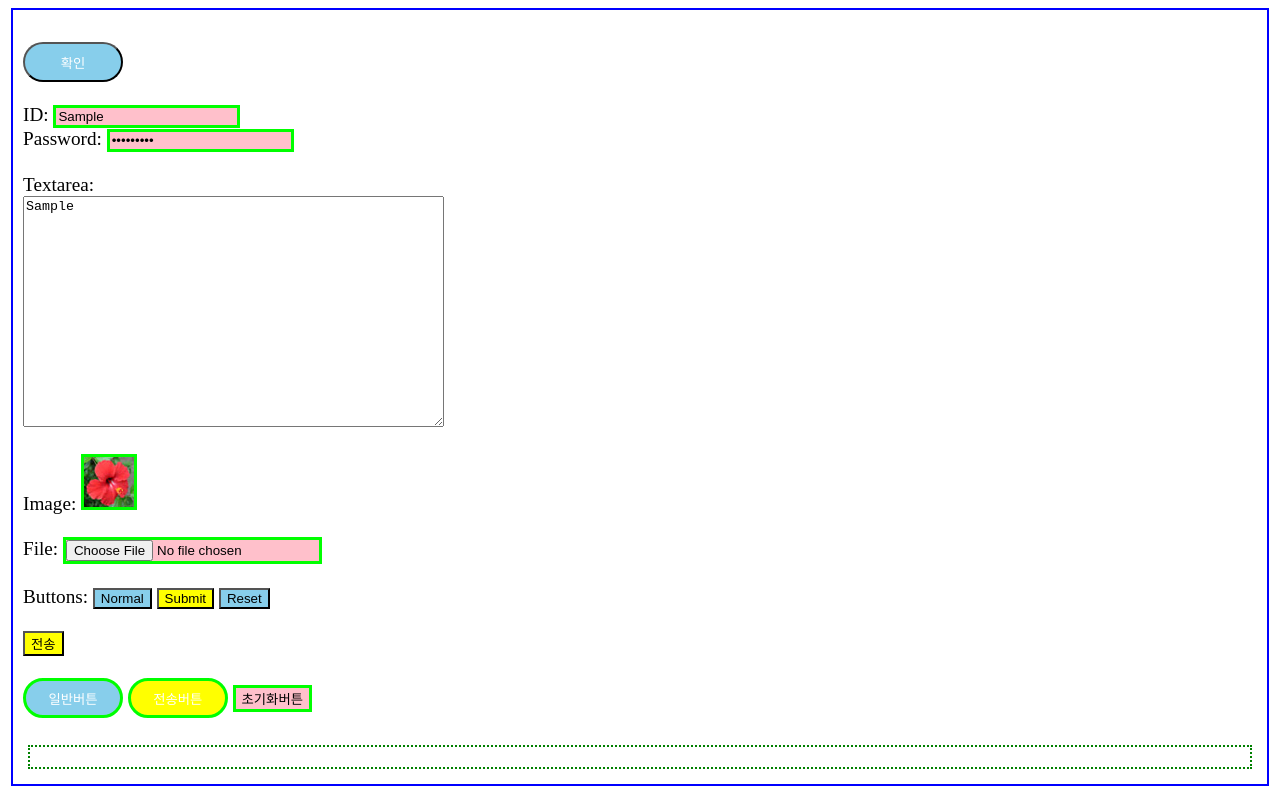
Repository: patternlobe-stack/MY_repository
Page: webpro/src/main/webapp/0915/폼양식.html
The author's editor kept a copy of each file at every save. The page is drawn from the files as they stood at one save, then again after the next save.
The browser window is 1280 px wide. The pictures show the whole page.
Empty fields were first filled with sample values (such as "Sample", 5 or name@example.com).
After loading, the first visible `input` was clicked once.

Above is the page before, as saved 2025-09-15 06:37:41.

After the next save:
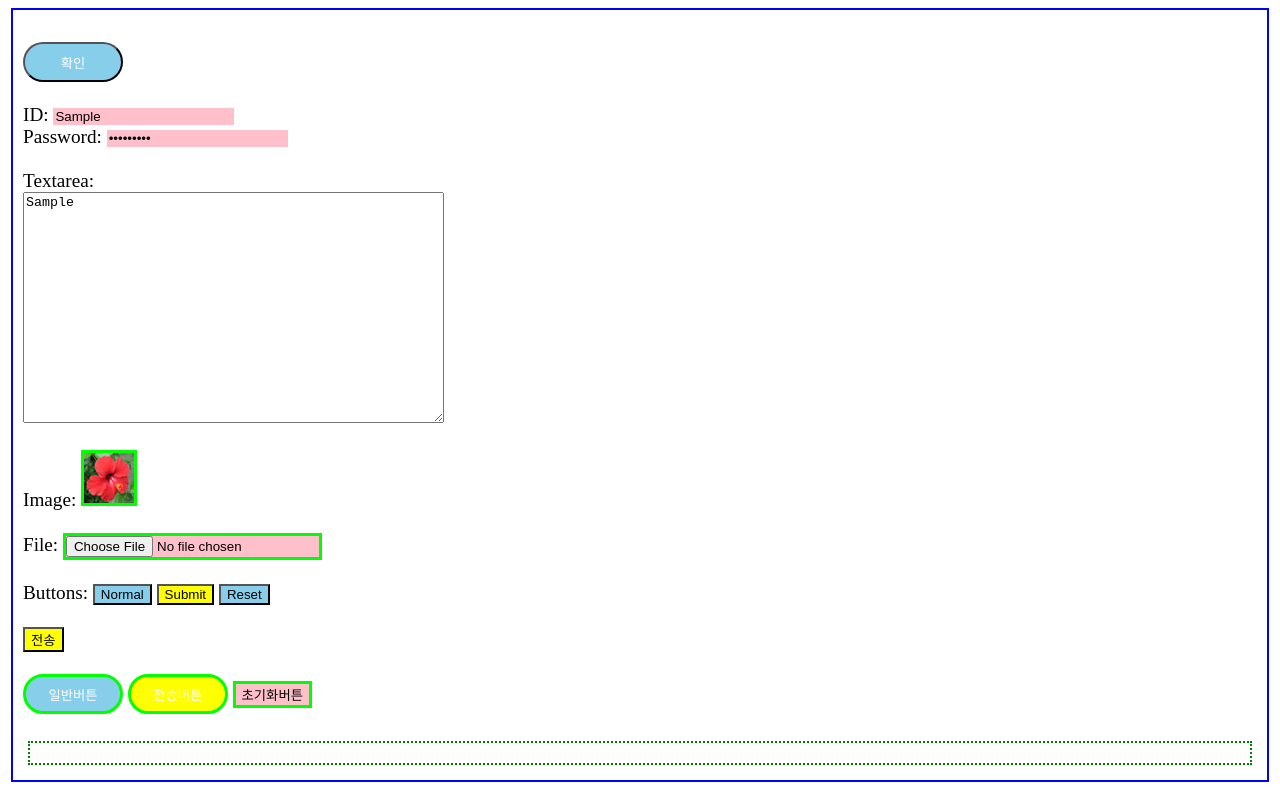
Saved 30 s later.
--- a/webpro/src/main/webapp/0915/폼양식.html
+++ b/webpro/src/main/webapp/0915/폼양식.html
@@ -32,7 +32,7 @@ $(()=>{
 		$(':reset')
 
 		//Type이 text, password 인 요소의 테두리 파랑
-		$(":text, :password")
+		$(":text, :password").css('border', 'thin blue');
 
 
 	//	Type이 file, image인요소의 테두리 빨강
